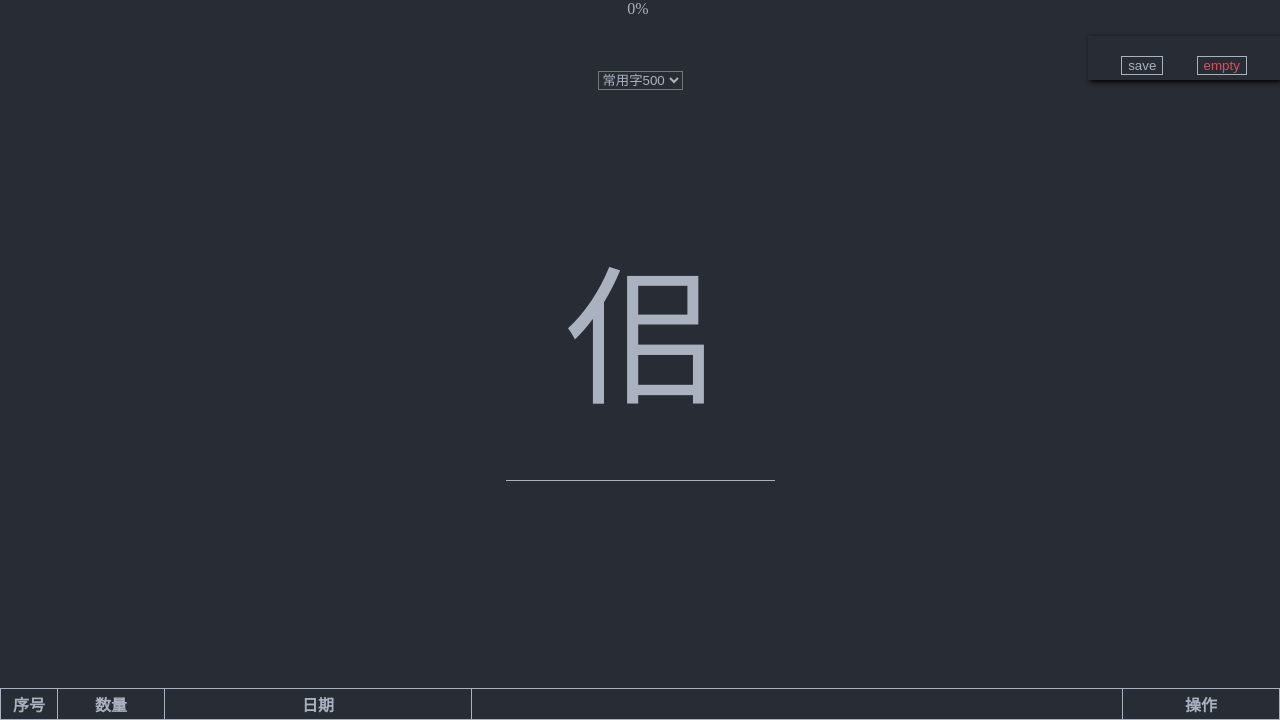
Repository: KR673/wsHone
Page: main.html
An editor plug-in stored every save of this project. The page is shown before and after the next save, followed by the edit.
The browser window is 1280 px wide. The pictures show the whole page.
Some web fonts or font styles are not loaded; a fallback is used.

Above is the page before, as saved 2023-01-30 22:55:55.

### main.html
<!DOCTYPE html>
<html lang="en">

<head>
    <meta charset="UTF-8">
    <meta name="viewport" content="width=device-width, initial-scale=1.0">
    <title>Document</title>

    <link rel="stylesheet" href="./static/css/main.css">
</head>

<body>
    <div>
        <div id="process">
            <div class="process-color"></div>
            <span>0%</span>
        </div>
    </div>
    <div id="source-change-container">
        <select id="source-change">
            <option value="frequently">常用字500</option>
            <option value="hanziRoot">字根练习</option>
        </select>
    </div>
    <div class="input-content hanzi-root">
        <div id="word" class="content"></div>
        <div class="content">
            <input id="input" class="input"></input>
            <p id="key" hidden></p>
        </div>
    </div>
    <div class="fault-content hanzi-root">
        <div id="one-key" class="key-num">
            <span>1</span>
            <div class="area"></div>
        </div>
        <div id="two-key" class="key-num">
            <span>2</span>
            <div class="area"></div>
        </div>
        <div id="three-key" class="key-num">
            <span>3</span>
            <div class="area"></div>
        </div>
        <div id="four-key" class="key-num">
            <span>4</span>
            <div class="area"></div>
        </div>
        <div class="button-container fault-content-button-container">
            <button id="fault-save">save</button>
            <button id="fault-empty">empty</button>
        </div>
    </div>
    <div class="type-history">
        <table class="history-table"></table>
    </div>
    <script src="./lib/jquery-3.5.1.min.js"></script>
    <script src="./pythonScript/tempData.js"></script>
    <script src="./pythonScript/hanZiRoot.js"></script>
    <script src="./static/js/main.js"></script>

</body>

</html>

### static/css/main.css
html,body{
    height: 100%;
    background-color: #282c34;
    margin:0px
}
#word{
    color: #abb2bf;
    font-size: 150px;
    font-weight: 500;
}
.type-error{
    color: #d6545f !important;
}
.content{
    text-align: center;
}
.input-content{
    height: auto;
    margin-top: 10%;
}
.input-content .input{
    background-color: #282c34;
    border: 0px;
    border-bottom: 1px solid #abb2bf;
    margin-top: 20px;
    color: #abb2bf;
    text-align: center;
    font-size: 20px;
}

.input-content .input:focus{
    outline: none;
    border: 0px;
    border-bottom: 1px solid #abb2bf;
}
#key{
    color: #d6545f;
    font-size: 20px;
}

.fault-content{
    height: auto;
    width: 15%;
    background-color: #282c34;
    color: #abb2bf;
    position: absolute;
    right: 0px;
    top: 5%;
    display: flex;
    flex-wrap: nowrap;
    justify-content: space-around;
    flex-direction: column;
    box-shadow:2px 2px 5px #000;;
}
.key-num{
    display: flex;
}
.key-num span{
    /* background-color: #8BC34A; */
    height: 100%;
    transform: translateY(35%);
    padding-right: 1em;
    display: none;
}
.key-num div{
    flex:25% 1 1;
    /* border-bottom: 1px slategray solid; */
    letter-spacing: 2px;
    padding: 0px 10px 0px 10px;
}
/* .key-num span, .key-num div{
    float: left;
} */
#process{
    margin-bottom: 50px;
    width: 100%;
}
#process .process-color{
    height: 21px;
    width: 0%;
    background-color: #8BC34A;
}
#process span{
    position: absolute;
    left: 49%;
    top: 0px;
    color:#abb2bf;
}
.type-history{
    width: 100%;
    position: absolute;
    bottom: 0;
    color: #abb2bf;
}
.history-table{
    width: 100%;
    text-align: center;
    border: 1px solid;
    border-collapse: collapse;
    table-layout: fixed;
}
.history-table td, .history-table th{
    border: 1px solid;
    padding: 3px;
}
.button-container{
    display: flex;
    justify-content: space-evenly;
}
button{
    background-color: #282c34;
    border: 1px solid #abb2bf;
    color: #abb2bf;
    cursor: pointer;
}
button:hover{
    background-color: #abb2bf;
    color: #282c34;
}
.history-del, #fault-empty{
    color: #d6545f;
}
.fault-content-button-container{
    margin: 20px 0 5px 0;
}

@font-face{
    font-family: "HanZiRootFont";
    font-style: normal;
    font-weight: 400;
    src: url("../font/HanZiRootFont.woff2") format("woff2"), url("../font/HanZiRootFont.ttf") format("ttf");
}

.hanzi-root{
    font-family: HanZiRootFont;
}
#source-change-container{
    text-align: center;
}
#source-change{
    background-color: #f0f8ff00;
    color: #abb2bf;
}

### static/js/main.js
var pageData = {
    data:{},
    dataCount:0,
    fault : {},
    countMapToId : {},
    dataError : {},
}

class DataErr{

    constructor(data){
        this.dateTime = new Date();
        this.data = data;
        this.count = data?.length;
    }

    // save data to local
    save(){
        if(!this.data || this.data.length <= 0){
            return
        }

        var dataList = this.getAll()

        // limit maximum capacity
        if(dataList.length == 15){
            dataList.splice(0, 1)
        }

        dataList.push(this)
        localStorage['errorList'] = JSON.stringify(dataList)
        randerHistoryList()
    }

    // get the wrong data before
    getAll(){
        var dataList = localStorage['errorList']
        if(!dataList){
            dataList = new Array()
        }else{
            dataList = JSON.parse(dataList)
        }
        return dataList
    }

    getByIndex(index){
        var dataAll = this.getAll()
        if(dataAll && dataAll.length > 0){
            return dataAll[index]
        }else{
            return new Array()
        }
    }

    deleteByIndex(index){
        var dataAll = this.getAll()
        if(dataAll && dataAll.length > 0){
            dataAll.splice(index, 1)
            localStorage['errorList'] = JSON.stringify(dataAll)
            randerHistoryList()
        }
    }
}

init(hanZiRoot)

function init(dataAccept){

    var allData = dataAccept || dataSource
    var arr = new Array()

    $.each(allData, function(index, n){
        arr.push(n)
    })

    pageData.data = arr
    pageData.dataCount = pageData.data.length

    pageData.fault = {
        'one-key' : [],
        'two-key' : [],
        'three-key' : [],
        'four-key' : []
    }

    var countMapToId = pageData.countMapToId = new Map()
    countMapToId.set(1, 'one-key')
    countMapToId.set(2, 'two-key')
    countMapToId.set(3, 'three-key')
    countMapToId.set(4, 'four-key')

    pageData.dataError = new Array()
    wordInput()
    randerHistoryList()
    // initFaultConut()
    // initInput()
    // processEdit(0)
}

function randerHistoryList(){
    var dataErr= new DataErr()
    var typeHistoryList = dataErr.getAll()
    if(typeHistoryList){
        var tableHtml = '<tr>'+
                            '<th style="width:50px">序号</th>'+
                            '<th style="width:100px">数量</th>'+
                            '<th style="width:300px">日期</th>'+
                            '<th></th>'+
                            '<th style="width:150px">操作</th>'+
                        '</tr>'
        $.each(typeHistoryList, function (index , n){
            tableHtml += "<tr>"
            tableHtml += '<td>' + index + '</td>'
            tableHtml += '<td>' + n.count + '</td>'
            tableHtml += '<td>' + n.dateTime+ '</td>'
            tableHtml += '<td></td>'
            tableHtml += '<td class="history-option button-container">' +
                            '<button class="history-load" onclick=historyLoad('+index+')>练习</button>'+
                            '<button class="history-del" onclick=historyDelete('+index+')>删除</button>'+
                        '</td>'
            tableHtml += '</tr>'
        })
        $('.history-table').empty();
        $('.history-table').append(tableHtml)
    }
}

function historyLoad(index){
    var dataErr= new DataErr()
    var dataAll = dataErr.getAll()
    var dataTarget = dataAll[index]
    init(dataTarget.data)
}
function historyDelete(index){
    var dataErr= new DataErr()
    var dataAll = dataErr.deleteByIndex(index)
}
function wordInput() {
    var $word = $('#word')
    var indexPre = $word.attr('data-index')
    var count = pageData.data.length
    var index = Math.floor(Math.random() * count)

    // 保证相邻的两个不同
    if(indexPre == index){
        index = index < (count - 1) ? index + 1 : index - 1
    }
    if(count <= 1){
        index = 0
    }

    var wordInfo = pageData.data[index]
    // data.splice(index, 1)
    $word.text(wordInfo.word)
    $('#key').text(wordInfo.key)
    $word.attr('data-key', wordInfo.key)
    $word.attr('data-index', index)
    $('#input').val('')
}

$('body').on('keydown', function(event){
    if(event.keyCode == 27){
        $('#input').val("")
        $('#input').focus()
        return;
    }
})
var $word = $('#word')
$('#input').on('keydown', function (event) {
    var keyValue = event.keyCode

    var determain_num =  (keyValue >= 49 && keyValue <= 57)
    var determain_symbol = (keyValue == 186 || keyValue == 222)
    var determain_space = (keyValue == 32)

    if(keyValue == 27){
        $('#input').val("")
        return;
    }
    if(determain_num || determain_symbol || determain_space){

        if(pageData.data.length == 0){
            return;
        }

        if($(this).val() == $('#word').attr('data-key')){
            inputRight()
            if(pageData.data.length == 0){
                return;
            }
            wordInput()
        }else{
            inputFault()
            $(this).val('')
        }
        return false;
    }else{
        return;
    }
});

$('#fault-save').on('click', function(){
    faultSave()
})

$('#source-change').on('change', function() {
    alert('test')
    switch ($(this).val()) {
        case 'hanziRoot':
            init(hanZiRoot)
            break;
        default:
            init(frequentlyWord)
            break;
    }
})

Loaded but not shown: lib/jquery-3.5.1.min.js (library); pythonScript/tempData.js (2001 lines, source omitted); pythonScript/hanZiRoot.js (957 lines, source omitted)

After the next save:
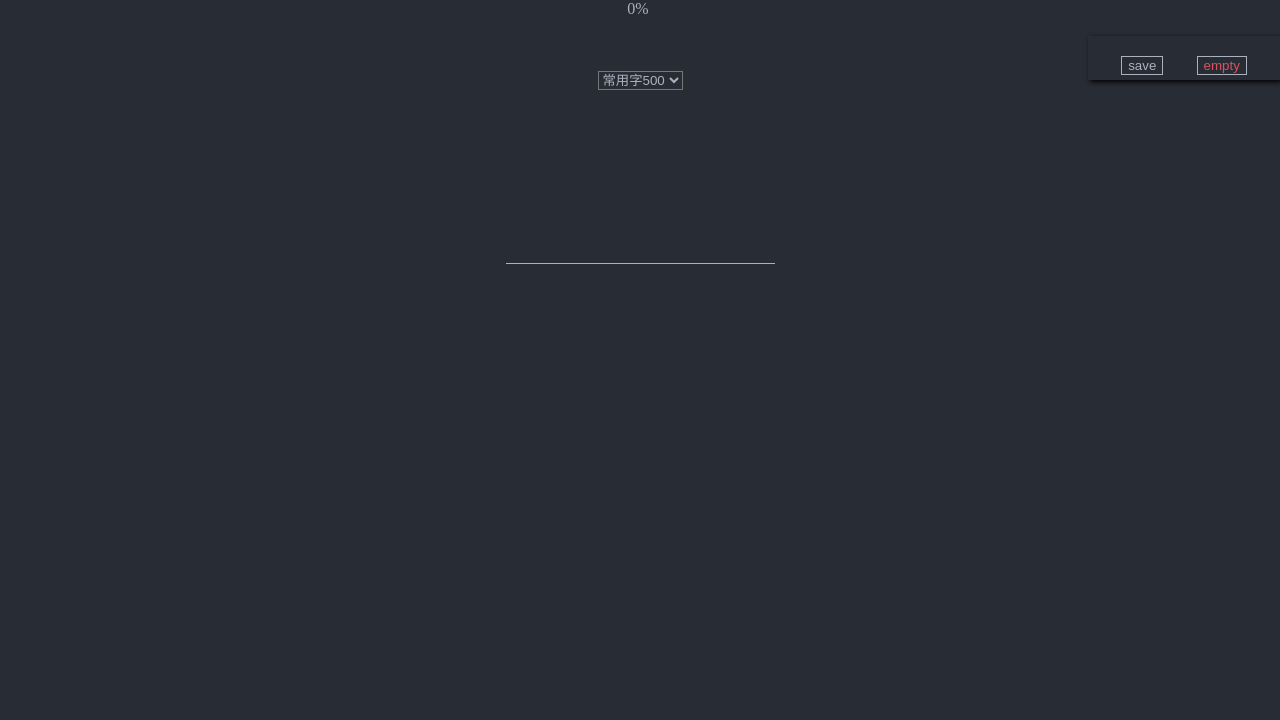
Console error: ReferenceError: dataSource is not defined
Saved 42 s later.
--- a/static/js/main.js
+++ b/static/js/main.js
@@ -62,7 +62,7 @@
     }
 }
 
-init(hanZiRoot)
+init()
 
 function init(dataAccept){
 
@@ -92,9 +92,9 @@
     pageData.dataError = new Array()
     wordInput()
     randerHistoryList()
-    // initFaultConut()
-    // initInput()
-    // processEdit(0)
+    initFaultConut()
+    initInput()
+    processEdit(0)
 }
 
 function randerHistoryList(){
@@ -203,6 +203,71 @@
     faultSave()
 })
 
+function initInput(){
+    $('#word').attr('class', 'content')
+    $('#key').hide()
+}
+
+function processEdit(num){
+    var percent = num + '%'
+    $('.process-color').css('width', percent)
+    $('#process span').text(percent)
+}
+
+function inputRight() {
+    var data = pageData.data
+    data.splice(parseInt($word.attr('data-index')),1)
+    var percent  = ((1 - (data.length / pageData.dataCount)) * 100).toFixed(1)
+    processEdit(percent)
+    initInput()
+}
+
+function inputFault(){
+    $('#word').attr('class', 'content type-error')
+    addWordToFault()
+    $('#key').show()
+}
+
+
+// 输入错误时, 记录其到对应的数据集中
+function addWordToFault(){
+    var $word = $('#word')
+    var data = pageData.data
+    var fault = pageData.fault
+
+    let countOfKey = $word.attr('data-key').length
+    var dataOfFault = data[parseInt($word.attr('data-index'))]
+    var contentOfFault = fault[pageData.countMapToId.get(countOfKey)]
+    if(contentOfFault && contentOfFault.indexOf(dataOfFault) < 0){
+        contentOfFault.push(dataOfFault)
+        pageData.dataError.push(dataOfFault)
+    }
+    initFaultConut()
+}
+
+//  刷新错误内容
+function initFaultConut() {
+
+    var fault = pageData.fault
+
+    $.each($('.key-num'), function (i,n) {
+        var id = $(this).attr('id')
+        var dataOfFault = fault[id]
+        var allWord = ''
+        if(dataOfFault && dataOfFault.length > 0){
+            $.each(dataOfFault, function (index, d) {
+                allWord = allWord + d.word
+            })
+        }
+        $(this).find('.area').text(allWord)
+    })
+}
+
+function faultSave(){
+    var dataLog = new DataErr(pageData.dataError)
+    dataLog.save()
+}
+
 $('#source-change').on('change', function() {
     alert('test')
     switch ($(this).val()) {

After the save that followed:
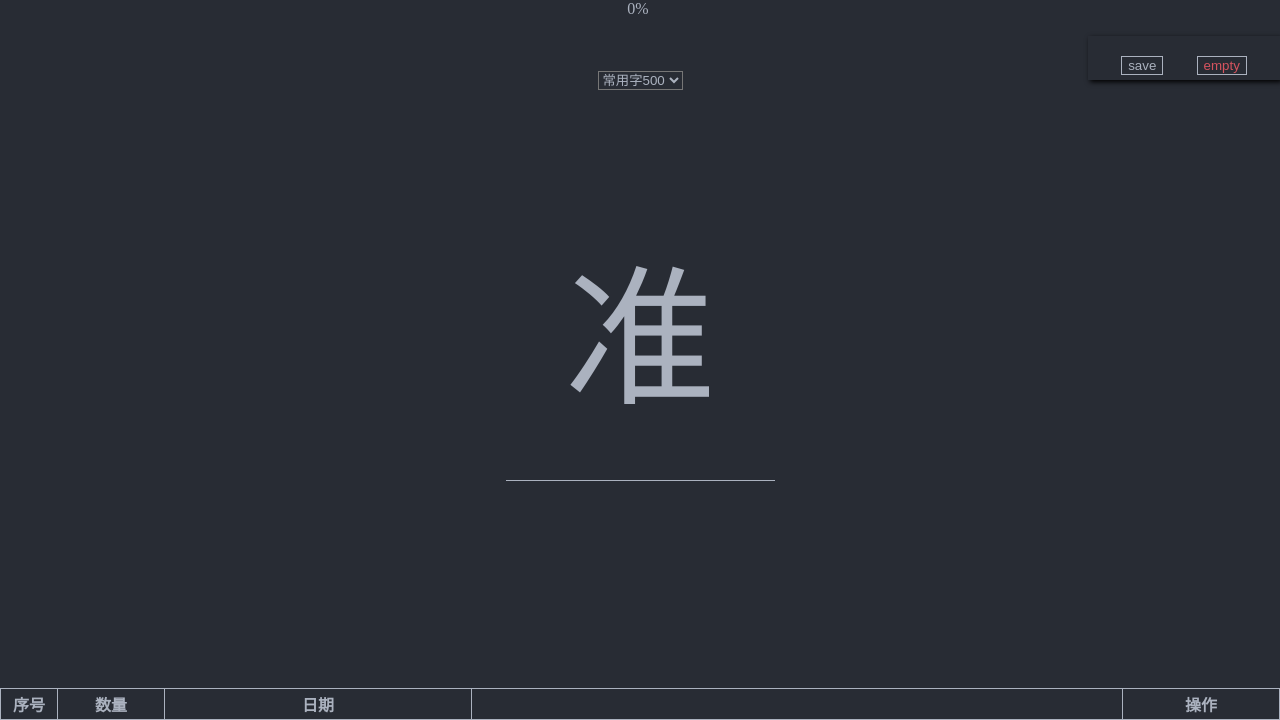
The error is gone.
Saved 16 s later.
--- a/static/js/main.js
+++ b/static/js/main.js
@@ -62,7 +62,7 @@
     }
 }
 
-init()
+init(frequentlyWord)
 
 function init(dataAccept){
 
